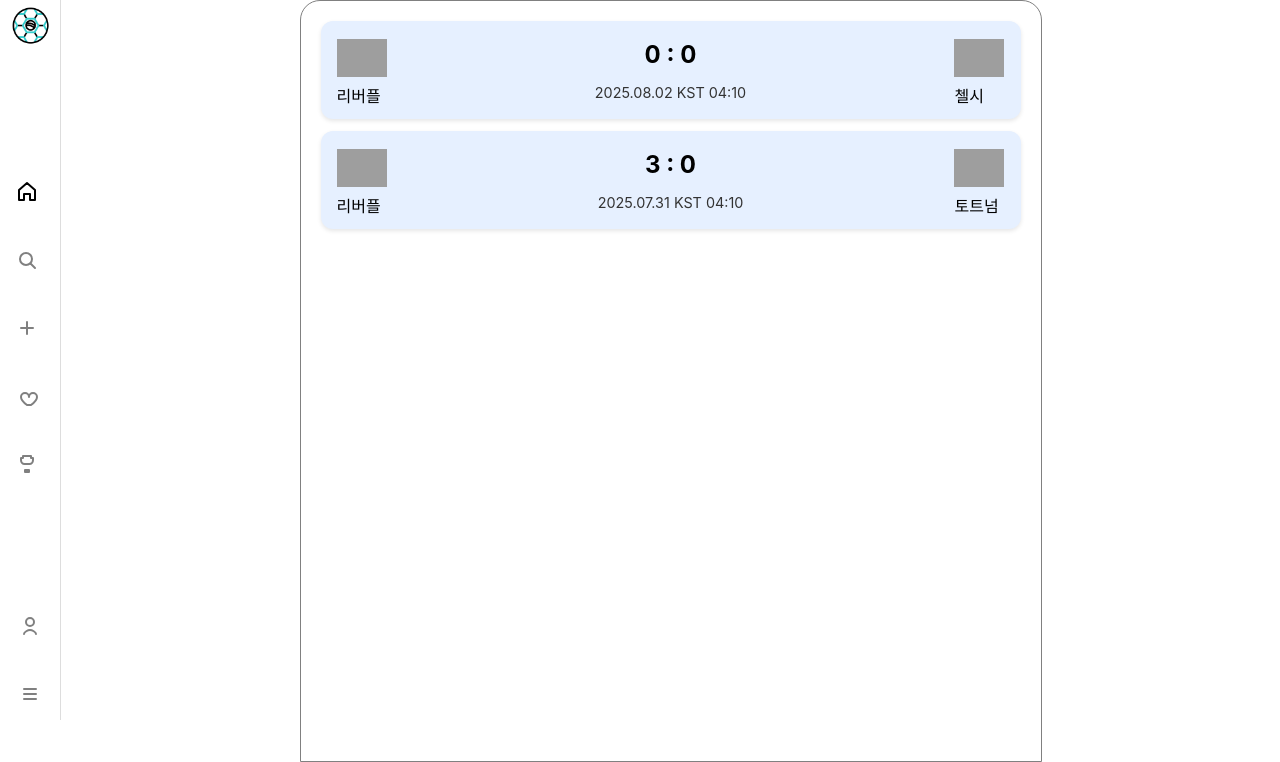
Repository: compick/compick_frontend
Page: /home
An editor plug-in stored every save of this project. The page is shown before and after the next save, followed by the edit.
The browser window is 1280 px wide. The pictures show the whole page.
Pictures or frames that could not be fetched are drawn as grey boxes. The project was rebuilt for these pictures with package versions that can differ from the ones it lists, and the page was loaded fresh each time. Also part of the build but not shown: src/pages/login/LoginUser.js, src/pages/login/RegisterUser.js.

Above is the page before, as saved 2025-07-31 17:52:21.

### src/App.js
import {BrowserRouter } from "react-router-dom"


import BodyPage from "./pages/BodyPage";

import "./styles/login.css";
import "./styles/component.css";
import "./styles/body.css";

function App() {
  return (
    <BrowserRouter>
         <BodyPage/>
    </BrowserRouter>
  );
}

export default App;

### src/pages/BodyPage.js
import { Routes, Route, useLocation } from 'react-router-dom';

import SidebarPage from "./component/SidebarPage"
import HomeBodyPage from './body/HomeBodyPage';
import LoginPage from "./login/LoginUser";
import RegisterUserPage from "./login/RegisterUser";
export default function BodyPage(){



    return(
        <div className="bodyContainer">
                <div style={{display:"flex"}}>
                    <SidebarPage/>
                </div>
            <div style={{flex: 1}}>
                <Routes>
                    <Route path='/home' element={<HomeBodyPage/>}/>

                    <Route path="/user" element={ <LoginPage/> }/>
                    <Route path="/regist" element={ <RegisterUserPage/> }/>
                </Routes>
            </div>
        </div>
    )
}

### src/styles/login.css
.loginContainer{
    display: flex;
    width: 100vw;
    height: 100vh;
    justify-content: center;
    align-items: center;
    flex-direction: column;

}
.loginContainer .loginBox{
    display: flex;
    flex-direction: column;
    position: relative;
    width: 370px;
    height: 470px;
    gap: 10px;
}

.loginContainer .loginBox input{
    box-sizing: border-box;
    width: 370px;
    font-size: 15px;
    padding: 20px;
    background-color: #eee;
    border: none;
    border-radius: 10px;
}
.loginContainer .loginBox button{
    box-sizing: border-box;
    width: 370px;
    font-size: 15px;
    padding: 20px;
    background-color: #eee;
    border: none;
    border-radius: 10px;
    background-color: #70cde9;
    color: #ffffff;
    font-size: 15px;
    cursor: pointer;
}
.loginContainer .loginBox button:hover{
    background-color: #38c0e9;
 }
.loginContainer .loginBox span{
    text-align: center;
    margin-bottom: 5px;
}
.shortLine{
    height: 0;
    width: 60px;
    border: 0.5px solid #000;
}
.container{
    display: flex;
}

.container.or{
    width: 100%;
    height: auto;

    justify-content: center;
    align-items: center;
    gap: 15px;
}

### src/styles/component.css
.sidebar {
  display: flex;
  flex-direction: column;
  justify-content: space-between;
  align-items: center;
  width: 60px;
  background-color: #fff;
  border-right: 1px solid #ddd;
  height: 100vh;
}

.sidebar .homeLogo{
    width: 50px;
    height: 50px;
    object-fit: contain;
    cursor: pointer;
    margin-bottom: 200%;

}
.top-section,
.bottom-section {
  display: flex;
  flex-direction: column;
  gap: 20px;
}

.tabIcon {
  padding: 10px;
  border-radius: 12px;
  transition: background-color 0.3s;
  cursor: pointer;
}

.tabIcon:hover {
  background-color: #e6e6e6;
}

.tabItem {
  width: 24px;
  height: 24px;
  stroke: gray;
  fill: none;
  stroke-width: 2;
  stroke-linecap: round;
  stroke-linejoin: round;
  transition: stroke 0.3s;
}

.tabIcon.active .tabItem {
  stroke: black;
}

### src/styles/body.css
.bodyContainer{
    width: 100%;
    height: 100%;
    display: flex;
    justify-content: center;
}
.container.col{
    flex-direction: column;
}
.bodyContainer .content{
    width: 700px;
    min-height: 100vh;
    border: 1px solid gray;
    border-top-left-radius: 20px;
    border-top-right-radius: 20px;
    padding: 20px;
}
.container{
    display: flex;
}
.contentBox {
  display: flex;
  flex-direction: column;
  gap: 12px;
}
.matchCard {
  background: #e6f0ff;
  border-radius: 12px;
  padding: 12px 16px;
  box-shadow: 0 2px 4px rgba(0, 0, 0, 0.1);
}
.matchTime {
  font-size: 0.9rem;
  color: #333;
}
.matchInfo {
  display: flex;
  justify-content: space-between;
  align-items: center;
}
.team {
  display: flex;
  align-items: center;
  gap: 8px;
}
.teamLogo{
    width: 50px;
    height: 50px;
    object-fit: contain;
}
.teamName{
    font-weight: 500;
    font-size: 1rem;
}
.matchInfo .scoreBox{
    display: flex;
    flex-direction: column;
    justify-content: center;
    text-align: center;
}
.scoreText{
    font-size: 24px;
    font-weight: 700;
    margin-bottom: 15px;
}

### src/pages/component/SidebarPage.js
import React, { useState } from "react";
import homeLogo from "../../img/icon/homeLogo.gif";
import { Link } from "react-router-dom";
const topIcons = [
  {
    name: "home",
    svg: <path d="M4 10v10h5v-6h6v6h5V10L12 3z" />,
  },
  {
    name: "search",
    svg: <circle cx="11" cy="11" r="6" />,
    extra: <line x1="15.5" y1="15.5" x2="20" y2="20" />,
  },
  {
    name: "add",
    svg: (
      <>
        <line x1="12" y1="6" x2="12" y2="18" />
        <line x1="6" y1="12" x2="18" y2="12" />
      </>
    ),
  },
  {
    name: "heart",
    svg: (
      <path d="M12 21s-6-4.35-6-8a4 4 0 0 1 8 0 4 4 0 0 1 8 0c0 3.65-6 8-6 8z" />
    ),
  },
  {
    name: "trophy",
    svg: (
      <>
        <path d="M8 4h8v2h2v2c0 2.2-1.5 4-3.5 4H9.5C7.5 12 6 10.2 6 8V6h2V4z" />
        <path d="M10 18h4v2h-4z" />
      </>
    ),
  },
];

const bottomIcons = [
  {
    name: "user",
    svg: <circle cx="12" cy="8" r="4" />,
    extra: <path d="M6 20c0-2 4-4 6-4s6 2 6 4" />,
  },
  {
    name: "menu",
    svg: (
      <>
        <line x1="6" y1="7" x2="18" y2="7" />
        <line x1="6" y1="12" x2="18" y2="12" />
        <line x1="6" y1="17" x2="18" y2="17" />
      </>
    ),
  },
];

export default function IconSidebar() {
  const [activeIcon, setActiveIcon] = useState("home");

  return (
    <div className="sidebar">
      <div className="top-section">
        <div className="homeLogo">
            <img src={homeLogo} className="homeLogo"/>
        </div>
        {topIcons.map((icon) => (
            <Link key={icon.name} to={`/${icon.name}`} style={{ textDecoration: "none" }}>
                <div
                className={`tabIcon ${activeIcon === icon.name ? "active" : ""}`}
                onClick={() => setActiveIcon(icon.name)}
                >
                <svg viewBox="0 0 24 24" className="tabItem" xmlns="http://www.w3.org/2000/svg">
                    {icon.svg}
                    {icon.extra}
                </svg>
                </div>
            </Link>
        ))}
      </div>
      <div className="bottom-section">
        {bottomIcons.map((icon) => (
            <Link key={icon.name} to={`/${icon.name}`} style={{ textDecoration: "none" }}>
                <div
                className={`tabIcon ${activeIcon === icon.name ? "active" : ""}`}
                onClick={() => setActiveIcon(icon.name)}
                >
                <svg viewBox="0 0 24 24" className="tabItem" xmlns="http://www.w3.org/2000/svg">
                    {icon.svg}
                    {icon.extra}
                </svg>
                </div>
            </Link>
        ))}
      </div>
    </div>
  );
}

### src/pages/body/HomeBodyPage.js
import { useState } from "react";

import arsenal from "../../img/soccerTeam/arsenal.png";
import astonVilla from "../../img/soccerTeam/astonVilla.png";
import brentford from "../../img/soccerTeam/brentford.png";
import brightonHove from "../../img/soccerTeam/brightonHove.png";
import burnley from "../../img/soccerTeam/burnley.png";
import chelsea from "../../img/soccerTeam/chelsea.png";
import crystalPalace from "../../img/soccerTeam/crystalPalace.png";
import everton from "../../img/soccerTeam/everton.png";
import leedsUnited from "../../img/soccerTeam/leedsUnited.png";
import liverpool from "../../img/soccerTeam/liverpool.png";
import manchesterCity from "../../img/soccerTeam/manchesterCity.png";
import manchesterUnited from "../../img/soccerTeam/manchesterUnited.png";
import newCastle from "../../img/soccerTeam/newCastle.png";
import nottingham from "../../img/soccerTeam/nottingham.png";
import sunderland from "../../img/soccerTeam/sunderland.png";
import tottenhamHotspur from "../../img/soccerTeam/tottenhamHotspur.png";
import wolves from "../../img/soccerTeam/wolves.png";

export default function HomeBodyPage(){

    const data=[{
                home : "리버플",
                away : "첼시",
                tiem : "2025.08.02 KST 04:10",
                homeLogo : liverpool,
                awayLogo : chelsea,
                homeScore : 0,
                awayScore : 0,
            },
            {
                home : "리버플",
                away : "토트넘",
                tiem : "2025.07.31 KST 04:10",
                homeLogo : liverpool,
                awayLogo : tottenhamHotspur,
                homeScore : 3,
                awayScore : 0,
            },
        ]

    return(
        <div className="bodyContainer">
            <div className="content">
                <div className="contentBox">
                {data.map((match, index) => (
                    <div className="matchCard" key={index}>
                        <div className="matchInfo">
                            <div className="team">
                                <div className="container col">
                                    <img src={match.homeLogo} alt={match.home} className="teamLogo" />
                                    <span className="teamName">{match.home}</span>
                                </div>
                            </div>
                            <div className="scoreBox">
                              <span className="scoreText">  {match.homeScore} : {match.awayScore}</span>
                            <div className="matchTime">{match.tiem}</div>
                            </div>
                            <div className="team">
                                <div className="container col">
                                    <img src={match.awayLogo} alt={match.away} className="teamLogo" />
                                    <span className="teamName">{match.away}</span>
                                </div>
                            </div>
                        </div>
                    </div>
                ))}
                </div>
            </div>
        </div>
    );

}

Loaded but not shown: public/index.html (common file); src/index.js (common file); src/index.css (common file); src/reportWebVitals.js (common file)

After the next save:
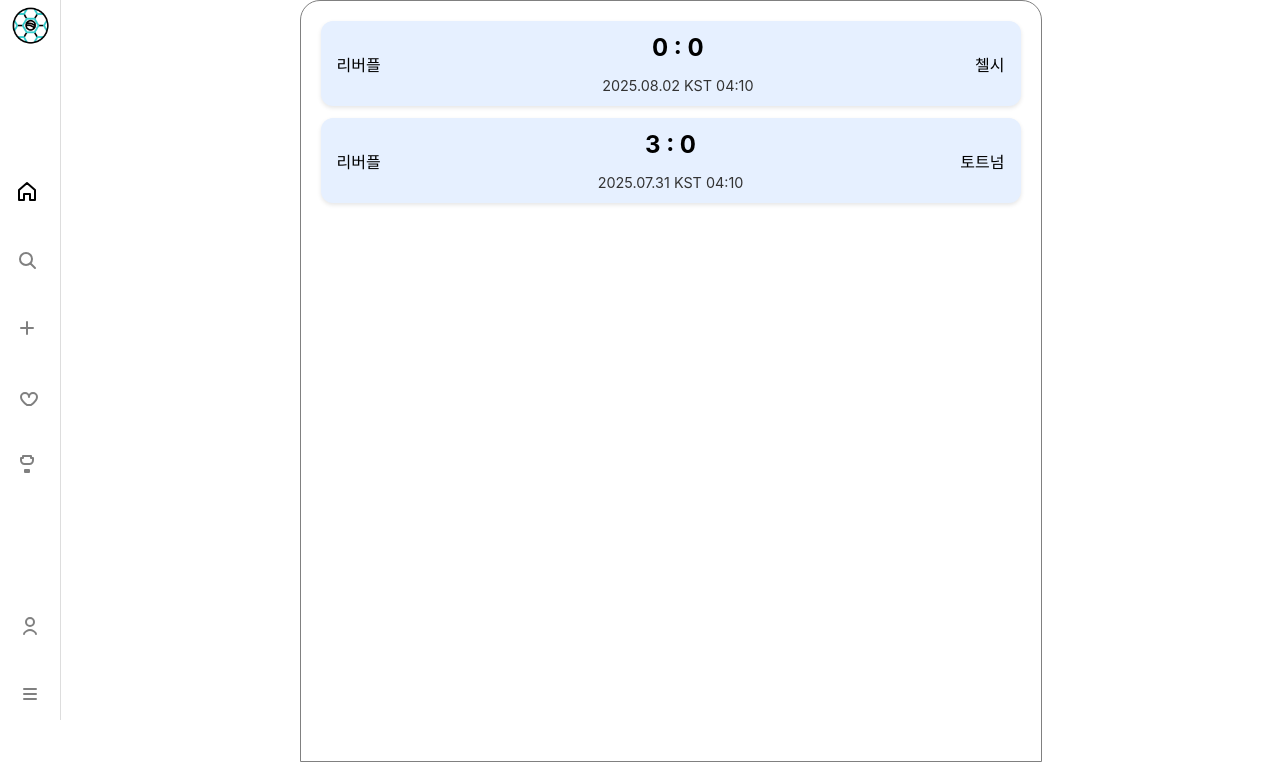
Saved 42 s later.
--- a/src/pages/body/HomeBodyPage.js
+++ b/src/pages/body/HomeBodyPage.js
@@ -40,35 +40,35 @@
             },
         ]
 
-    return(
-        <div className="bodyContainer">
-            <div className="content">
-                <div className="contentBox">
-                {data.map((match, index) => (
-                    <div className="matchCard" key={index}>
-                        <div className="matchInfo">
-                            <div className="team">
-                                <div className="container col">
-                                    <img src={match.homeLogo} alt={match.home} className="teamLogo" />
-                                    <span className="teamName">{match.home}</span>
-                                </div>
-                            </div>
-                            <div className="scoreBox">
-                              <span className="scoreText">  {match.homeScore} : {match.awayScore}</span>
-                            <div className="matchTime">{match.tiem}</div>
-                            </div>
-                            <div className="team">
-                                <div className="container col">
-                                    <img src={match.awayLogo} alt={match.away} className="teamLogo" />
-                                    <span className="teamName">{match.away}</span>
-                                </div>
-                            </div>
-                        </div>
-                    </div>
-                ))}
+   return (
+    <div className="bodyContainer">
+      <div className="content">
+        <div className="contentBox">
+          {data.map((match, index) => (
+            <div className="matchCard" key={index}>
+              <div
+                className="teamBg left"
+                style={{ backgroundImage: `url(${match.homeLogo})` }}
+              ></div>
+              <div
+                className="teamBg right"
+                style={{ backgroundImage: `url(${match.awayLogo})` }}
+              ></div>
+
+              <div className="matchInfo">
+                <div className="teamName">{match.home}</div>
+                <div className="scoreBox">
+                  <div className="scoreText">
+                    {match.homeScore} : {match.awayScore}
+                  </div>
+                  <div className="matchTime">{match.tiem}</div>
                 </div>
+                <div className="teamName">{match.away}</div>
+              </div>
             </div>
+          ))}
         </div>
-    );
-
+      </div>
+    </div>
+  );
 }
